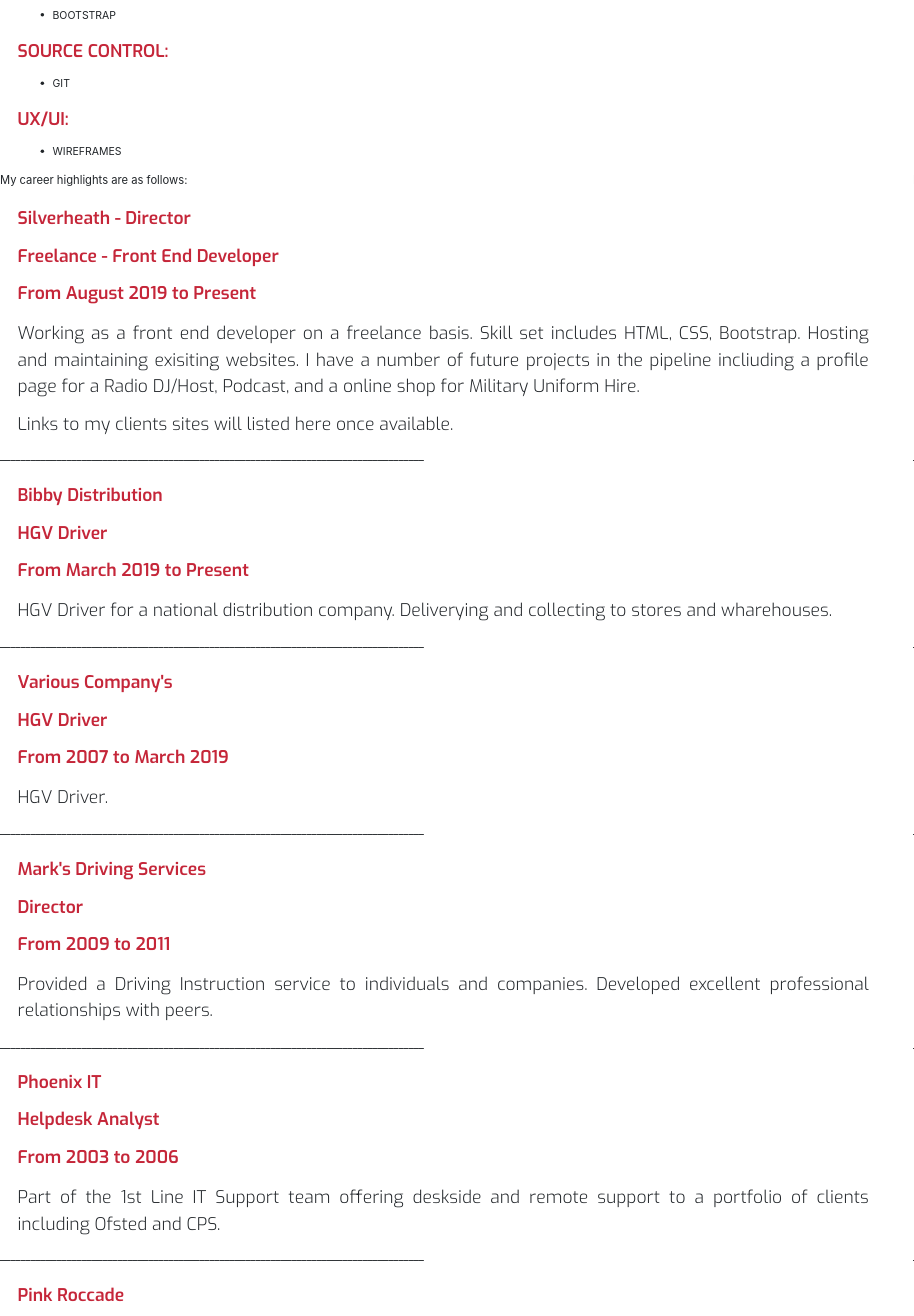
Repository: Code-Institute-Submissions/silverheath
Page: resume.html
The author's editor kept a record of every edit. The page is drawn from the files as they stood at one moment, then again after the next edit.
The browser window is 1280 px wide. The page is 1305 px wide, so the pictures cover 1305 px, including what lies to the right of the window. The pictures show the part of the page from y = 561 to 2441 px (the page is 2785 px tall before and 2807 px after), at 70% of full size.
Some web libraries are served in a nearby version.

Above is the page before.

### resume.html
<!DOCTYPE html>
<html lang="en">

<head>
    <meta name="author" content="Mark Dyson">
    <meta charset="UTF-8">
    <meta name="viewport" content="width=device-width, initial-scale=1.0">
    <meta http-equiv="X-UA-Compatible" content="ie=edge">
    <link rel="stylesheet" href="https://maxcdn.bootstrapcdn.com/bootstrap/4.2.1/css/bootstrap.min.css" type="text/css" />
    <link rel="stylesheet" href="https://maxcdn.bootstrapcdn.com/font-awesome/4.7.0/css/font-awesome.min.css" type="text/css" />
    <link rel="stylesheet" href="https://cdnjs.cloudflare.com/ajax/libs/hover.css/2.1.1/css/hover-min.css" type="text/css" />
    <link rel="stylesheet" href="assets/css/style.css">
    <title>Silverheath</title>
</head>

<body>
    <header>
        <div class="row no-gutters">
            <a class="col-md-2 logo" href="index.html"></a>
            <div class="col-md-10">
                <div class="row no-gutters bg-color-name-title uppercase">
                    <div class="col heading">
                        <h1 class="title" <h1 class="title">The complete website service</h1>

                    </div>
                </div>
            </div>
        </div>
        <div class="row no-gutters">
            <div class="col">
                <ul id="nav" class="list-inline menucontainer">
                    <li class="col-6 col-sm-3 list-inline-item ui-menu-color-home menuitem">
                        <a href="index.html" class="hvr-bounce-to-top"><span>Home</span></a>
                    </li>
                    <li class="col-6 col-sm-3 list-inline-item ui-menu-color-about menuitem">
                        <a href="about.html" class="hvr-bounce-to-bottom"><span>About</span></a>
                    </li>
                    <li class="col-6 col-sm-3 list-inline-item ui-menu-color-resume menuitem">
                        <a href="resume.html" class="hvr-bounce-to-top"><span>Resume</span></a>
                    </li>
                    <li class="col-6 col-sm-3 list-inline-item ui-menu-color-contact menuitem">
                        <a href="contact.html" class="hvr-bounce-to-bottom"><span>Contact Me</span></a>
                    </li>
                </ul>
            </div>
        </div>
        </div>
        </div>
    </header>
    <div>
        <h4 class="resume-one uppercases">Skills:</h4>
        <div class=intro>
            <p>Whilst studdying I have gained the following skill set. This will of course expand during my course and the list will be updated to reflect this:</p>

        </div>
        <div>
            <h4 class="section-heading uppercase about-header">Frontend:</h4>
            <div class=resume-list uppercase>
            <ul>
                <li>HTML</li>
                <li>CSS</li>
            </ul>
            </div>
            <h4 class="section-heading uppercase about-header">Frameworks :</h4>
             <div class="resume-list uppercase">
            <ul>
                <li>Bootstrap</li>
            </ul>
            </div>
            <h4 class="section-heading uppercase about-header">Source control:</h4>
             <div class="resume-list uppercase">
            <ul>
                <li>Git</li>
            </ul>
            </div>
            <h4 class="section-heading uppercase about-header">UX/UI:</h4>
             <div class="resume-list uppercase">
            <ul>
                <li>Wireframes</li>
            </ul>
            </div>
        </div>
    </div>
    <div class=resume-spacer>
        <p> </p>
    </div>

    <div class=about-one>
        <p>My career highlights are as follows:</p>
        <p> </p>
    </div>
    <div class=about-header>
        <p>Silverheath - Director</p>
        <p>Freelance - Front End Developer</p>
        <p>From August 2019 to Present</p>
    </div>
    <div class=about>
        <p>Working as a front end developer on a freelance basis. Skill set includes HTML, CSS, Bootstrap. Hosting and maintaining exisiting websites. I have a number of future projects in the pipeline incliuding a profile page for a Radio DJ/Host, Podcast,
            and a online shop for Military Uniform Hire.</p>
        <p>Links to my clients sites will listed here once available.</p>
    </div>
    <div class=about-spacer>
        <p>___________________________________________________________________________________</p>
    </div>
    <div class=about-header>
        <p>Bibby Distribution</p>
        <p>HGV Driver</p>
        <p>From March 2019 to Present</p>
    </div>
    <div class=about>

        <p>HGV Driver for a national distribution company. Deliverying and collecting to stores and wharehouses.</p>
    </div>
    <div class=about-spacer>
        <p>___________________________________________________________________________________</p>
    </div>
    <div class=about-header>
        <p>Various Company's</p>
        <p>HGV Driver</p>
        <p>From 2007 to March 2019</p>
    </div>
    <div class=intro>
        <p>HGV Driver.</p>
    </div>
    <div class=about-spacer>
        <p>___________________________________________________________________________________</p>
    </div>
    <div class=about-header>
        <p>Mark's Driving Services</p>
        <p>Director</p>
        <p>From 2009 to 2011</p>
    </div>
    <div class=about>
        <p>Provided a Driving Instruction service to individuals and companies. Developed excellent professional relationships with peers.</p>
    </div>
    <div class=about-spacer>
        <p>___________________________________________________________________________________</p>
    </div>
    <div class=about-header>
        <p>Phoenix IT</p>
        <p>Helpdesk Analyst</p>
        <p>From 2003 to 2006</p>
    </div>
    <div class=about>
        <p>Part of the 1st Line IT Support team offering deskside and remote support to a portfolio of clients including Ofsted and CPS.</p>
    </div>
    <div class=about-spacer>
        <p>___________________________________________________________________________________</p>
    </div>

    <div class=about-header>
        <p>Pink Roccade</p>
        <p>Helpdesk Analyst</p>
        <p>From 1998 to 2003</p>
    </div>
    <div class=about>
        <p>Responsible for identifying, troubleshooting and resolving reported issues assigned in a 1st Line Support capacity.</p>



    </div>

    </div>











    </section>
    <footer class="container-fluid">
        <div id="footer-details" class="row">
            <div class="col-sm-4">
                <h5 class="uppercase general-sub">Mark Dyson</h5>
                <p class="inline-block">
                    07455 900078 </p>
            </div>
            <div class="col-sm-4">
                <h5 class="uppercase general-sub">Download</h5>
                <p class="inline-block">
                    Need a printable version of my CV? Download it here.
                    <a href="assets/cv/cv.pdf" target="_blank" class="cv-pdf">
                                  <i class="fa fa-download" aria-hidden="true"></i>
                                  <span class="sr-only">Download link.</span>
                              </a>
                </p>
            </div>
            <div class="col-sm-4">
                <h5 class="uppercase general-sub">Social</h5>
                <ul class="list-inline social-links">
                    <li class="list-inline-item">
                        <a target="_blank" href="https://www.facebook.com/T123MRD">
                                        <i class="fa fa-facebook" aria-hidden="true"></i>
                                        <span class="sr-only">Facebook</span>
                                    </a>
                    </li>
                    <li class="list-inline-item">
                        <a target="_blank" href="https://twitter.com/md1858">
                                        <i class="fa fa-twitter" aria-hidden="true"></i>
                                        <span class="sr-only">Twitter</span>
                                    </a>
                    </li>
                    <li class="list-inline-item">
                        <a target="_blank" href="https://www.linkedin.com/in/mark-dyson-ba7397a1/">
                                        <i class="fa fa-linkedin" aria-hidden="true"></i>
                                        <span class="sr-only">LinkedIn</span>
                                    </a>
                    </li>



                </ul>
            </div>
        </div>
    </footer>
</body>

</html>

### assets/css/style.css
@import url('https://fonts.googleapis.com/css?family=Roboto:100,200,300,400,500,600,700|Exo:100,200,300,400,500,600,700');

/*--------------------------------------------Colors*/

.bg-color-name-title {
    background-color: #D9D9D8;
}

.bg-color-main-section {
    background-color: #fff;
}

.bg-color-personal-info {
    background-color: #f4f4f4;
}

.bg-color-portfolio {
    background-color: #625986;
}

.bg-color-contact {
    background-color: white;
}

.ui-menu-color-home {
    background-color: #625986;
}

.ui-menu-color-resume {
    background-color: #625986;
}

.ui-menu-color-about {
    background-color: #C52639;
}

.ui-menu-color-contact {
    background-color: #C52639;
}

.ui-menu-color-download {
    background-color: #525252;
}

.row-table {
    display: table;
}

.section-column {
    display: table-cell;
    padding: 0 30px 30px;
    float: none;
}

.section-heading {
    font-family: "Exo", sans-serif;
    font-weight: 300;
    margin-top: 25px;
    margin-bottom: 60px;
}

.portfolio-heading {
    color: #625986;
    font-weight: bold;
}


/* ----------------------------------------Special paddings/margins/text */

h1,
h2,
h3,
h4 {
    margin: 0;
}

.uppercase {
    text-transform: uppercase;
}

.general-sub {
    font-family: "Exo", sans-serif;
    font-weight: 300;
    color: #C52639;
}

.inline-block {
    display: inline-block;
}

.row-table {
    display: table;
}

.section-column {
    display: table-cell;
    padding: 0 30px 30px;
    float: none;
}

.history-heading,
.section-heading {
    font-family: "Exo", sans-serif;
    font-weight: 300;
    margin-top: 25px;
    margin-bottom: 40px;
}

.bottom-resume {
    padding: 0 130px 130px;

}


/*--------------------------------------------Heading*/

header {
    margin: 0;
}

.heading {
    margin-top: 30px;
    margin-left: 5px;
    margin-bottom: 40px;
}

.logo {
    background: url("../images/logo.jpg");
    background-position: center;
    background-repeat: no-repeat;
    background-size: contain;
    background-color: #D9D9D8;
    min-height: 150px;
    max-height: 247px;
    transition: all .5s ease-in-out;
    -moz-transition: all .5s ease-in-out;
    -webkit-transition: all .5s ease-in-out;
}

.title {
    font-family: "Roboto", sans-serif;
    font-weight: 800;
    font-size: 60px;
    margin-top: 25px;
    margin-bottom: 10px;
    margin-left: 90px;
    color: #625986;
    text-align: left;
}

.list-inline-item:not(:last-child) {
    margin: 0;
}

.menucontainer {
    font-size: 0;
}

#nav li {
    font-size: 14px;
    padding: 0;
}

#nav {
    margin: 0;
}

.menuitem {
    height: 60px;
    text-align: center;

}

.menuitem a {
    width: 100%;
    text-decoration: none;
    color: #fff;
    height: 60px;
}

.menuitem span {
    display: block;
    width: 100%;
    padding-top: 10px;
    text-align: center;
    text-transform: uppercase;
    font-size: 25px;
    font-weight: 300;
    letter-spacing: 2px;
}

/*----------------------intro----------------------*/

.intro {
    font-family: "Exo", sans-serif;
    text-align: justify;
    font-size: 25px;
    font-weight: 300;
    margin-top: 10px;
    margin-bottom: 10px;
    margin-left: 25px;
    width: 95%;

}

.intro-header {
    font-family: "Exo", sans-serif;
    text-align: left;
    font-size: 25px;
    font-weight: 600;
    margin-top: 25px;
    margin-bottom: 20px;
    margin-left: 25px;
    width: 100%;
    color: #C52639;

}

/*----------------------about----------------------*/

.about {
    font-family: "Exo", sans-serif;
    text-align: justify;
    font-size: 25px;
    font-weight: 300;
    margin-top: 10px;
    margin-bottom: 10px;
    margin-left: 25px;
    width: 95%;

}

.about-header {
    font-family: "Exo", sans-serif;
    text-align: left;
    font-size: 25px;
    font-weight: 600;
    margin-top: 25px;
    margin-bottom: 20px;
    margin-left: 25px;
    width: 100%;
    color: #C52639;

}


/*----------------------resume---------------------*/

span.a {
    display: inline;
    width: 200px;
    height: 200px;
    padding: 5px;
    border: 2px solid black;
    background-color: white;
    margin-left: 25px;
    font-weight: bold;
    width: 90%;
}

.resume-spacer {
    margin-bottom: 30px;
    margin-top: 30px;
}

.resume-list {
    margin-left: 35px;
    font-size: 15px;
}

.resume-one {
    color: #C52639;
    margin-left: 35px;
    font-weight: 600;
    font-size: 25px;
    margin-top: 25px;
}

.resume-spacer {
    text-align: center;
    color: #C52639;
    font-size: 40px;
    font-weight: 600;
    margin-top: 5px;
    margin-bottom: 5px;


}

.resume {
    font-family: "Exo", sans-serif;
    text-align: justify;
    font-size: 25px;
    font-weight: 300;
    margin-top: 1px;
    margin-bottom: 1px;
    margin-left: 25px;
    width: 95%;

}

.resume-header {
    font-family: "Exo", sans-serif;
    text-align: left;
    font-size: 25px;
    font-weight: 600;
    margin-top: 5px;
    margin-bottom: 20px;
    margin-left: 25px;
    width: 100%;
    color: #625986;

}






/*----------------------summary----------------------*/

.topline {
    padding-top: 20px;
    padding-bottom: 10px;
    margin-bottom: 15px;
    margin-left: 200;
    text-align: center;
    font-size: 40px;
    text-transform: uppercase;
    font-weight: bold;
    color: #625986;
}

.middleline {
    padding-top: 10px;
    padding-bottom: 10px;
    margin-bottom: 15px;
    margin-left: 200;
    text-align: center;
    font-size: 40px;
    text-transform: uppercase;
    font-weight: bold;
    color: #625986;
}

.bottomline {
    padding-top: 10px;
    padding-bottom: 30px;
    margin-bottom: 15px;
    margin-left: 200;
    text-align: center;
    font-size: 40px;
    text-transform: uppercase;
    font-weight: bold;
    color: #625986;
}
/*----------------------Contact----------------------*/
.contact {
    font-family: "Exo", sans-serif;
    text-align: justify;
    font-size: 25px;
    font-weight: 300;
    margin-top: 1px;
    margin-bottom: 1px;
    margin-left: 25px;
    width: 95%;

}

.contact-header {
    font-family: "Exo", sans-serif;
    text-align: left;
    font-size: 25px;
    font-weight: 600;
    margin-top: 5px;
    margin-bottom: 20px;
    margin-left: 25px;
    width: 100%;
    color: #C52639;

}

.contact-padding {
    margin-top: 30px;


}

.contact-paddingtop {
    margin-top: 60px;


}








/*--------------------------------------------Heading*/

.heading-padding {
    margin-top: 30px;

}
/*----------------------Hover.css----------------------*/

/* hvr-underline-from-center:before */

hvr-outline-out {
    background: #C52639;
    height: 40px;
}

/* ----------------------Footer---------------------- */

footer {
    background-color: #525252;
    color: #C52639;
    min-height: 120px;
    margin: 0;
}

.cv-pdf i {
    font-size: 18px;
    color: #625986;
    text-align: center;
    padding-left: 5px;
    transition: all 0.35s ease-in-out;
    -moz-transition: all 0.35s ease-in-out;
    -webkit-transition: all 0.35s ease-in-out;
    -o-transition: all 0.35s ease-in-out;
}

.cv-pdf i:hover {
    color: #C52639;
}

.social-links {
    padding-bottom: 15px;
}

.social-links li a i {
    width: 32px;
    height: 32px;
    padding: 12px 0;
    border-radius: 50%;
    font-size: 13px;
    line-height: 7px;
    text-align: center;
    color: #C52639;
    background: #8f8f8f;
    transition: all 0.35s ease-in-out;
    -moz-transition: all 0.35s ease-in-out;
    -webkit-transition: all 0.35s ease-in-out;
    -o-transition: all 0.35s ease-in-out;
}

.social-links li a i:hover {
    background: #625986;
}

#footer-details {
    padding: 20px;
    background-color: #D9D9D8;
    color: #C52639;
    font-weight: bold;
}


/* ----------------------Media Queries---------------------- */

@media(min-width: 992px) {
    .center-form {
        padding-top: 30px;
        min-height: 240px;
        margin: 0 auto;
        max-width: 50%;
    }
}

@media(max-width: 400px) {
    .center-form {
        padding-top: 30px;
        min-height: 240px;
        margin: 0 auto;
        max-width: 50%;
    }
    .title {
        font-size: 40px;
        text-align: left;
        max-width: 100px;
        padding-left: 5px;
    }
    .intro {
        max-width: 300px;
    }
    .intro-heading {
        max-width: 300px;
    }
}

After the next edit:
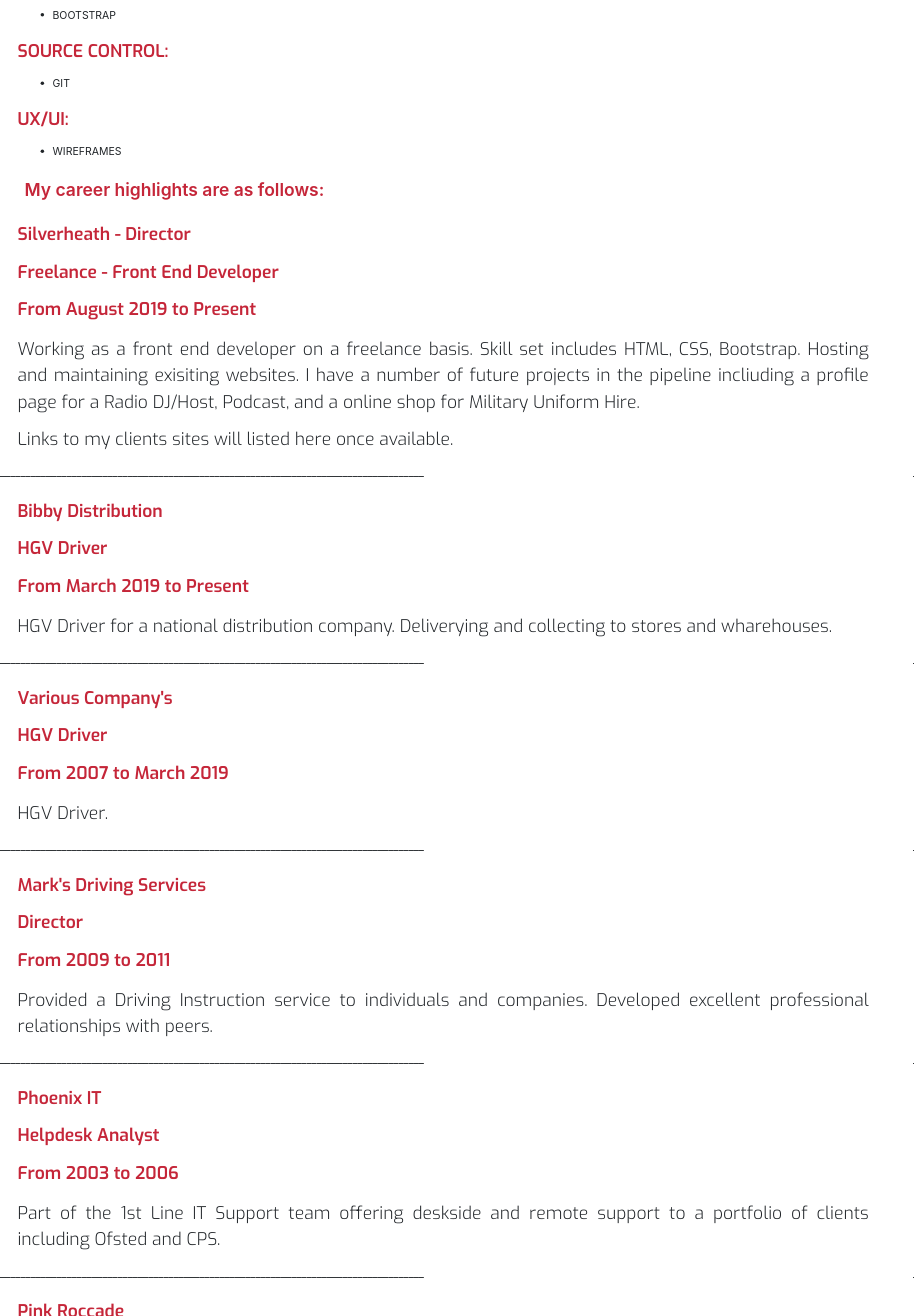
The edit:
--- a/resume.html
+++ b/resume.html
@@ -85,7 +85,7 @@
         <p> </p>
     </div>
 
-    <div class=about-one>
+    <div class=resume-one>
         <p>My career highlights are as follows:</p>
         <p> </p>
     </div>
